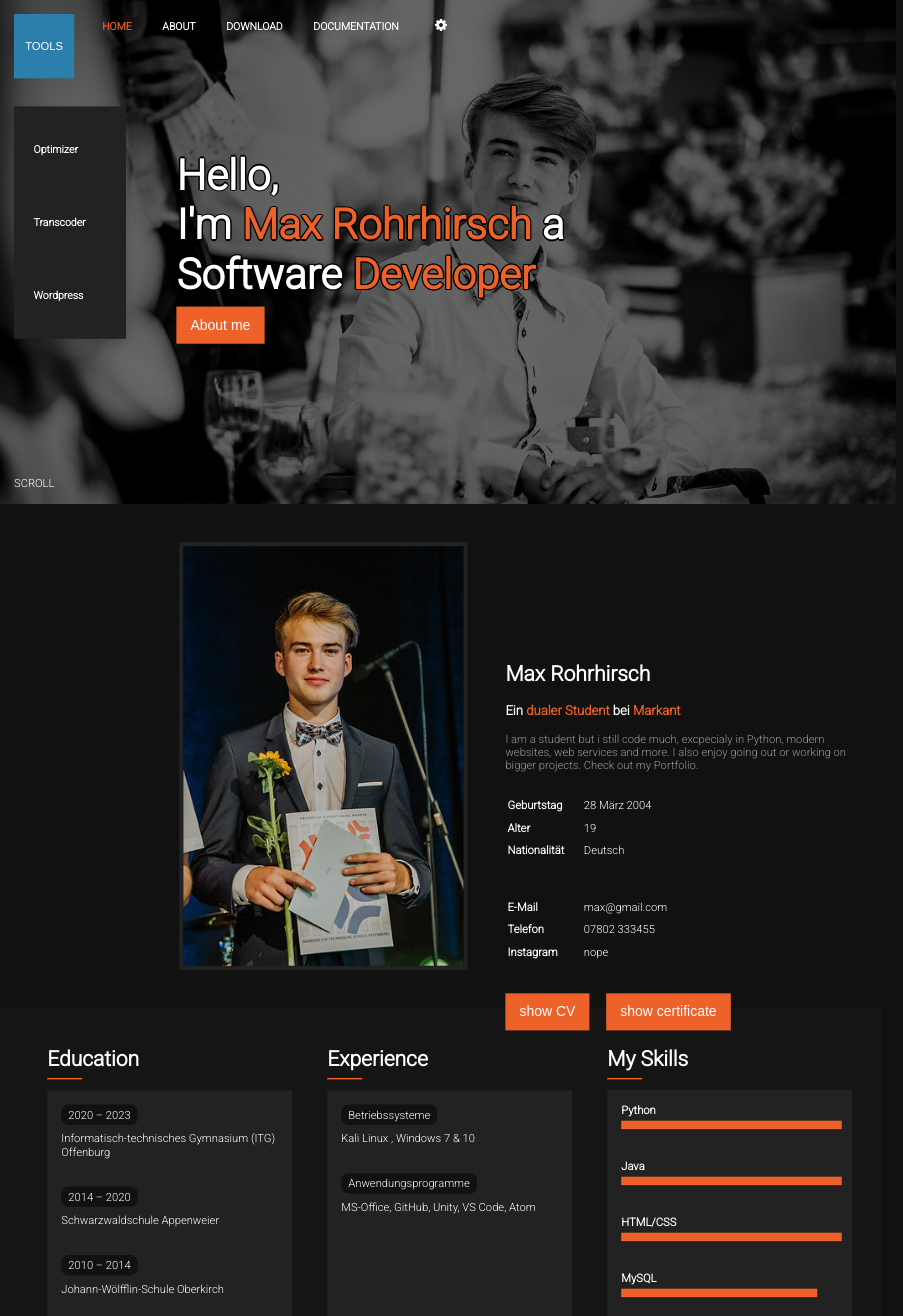
Repository: Max-Rohrhirsch/Max-Rohrhirsch.github.io
Page: index.html
An editor plug-in stored every save of this project. The page is shown before and after the next save, followed by the edit.
The browser window is 1280 px wide. The page is 1290 px wide, so the pictures cover 1290 px, including what lies to the right of the window. The pictures show the part of the page from y = 0 to 1880 px (the page is 2903 px tall), at 70% of full size.

Above is the page before, as saved 2023-10-15 15:47:19.

After the next save:
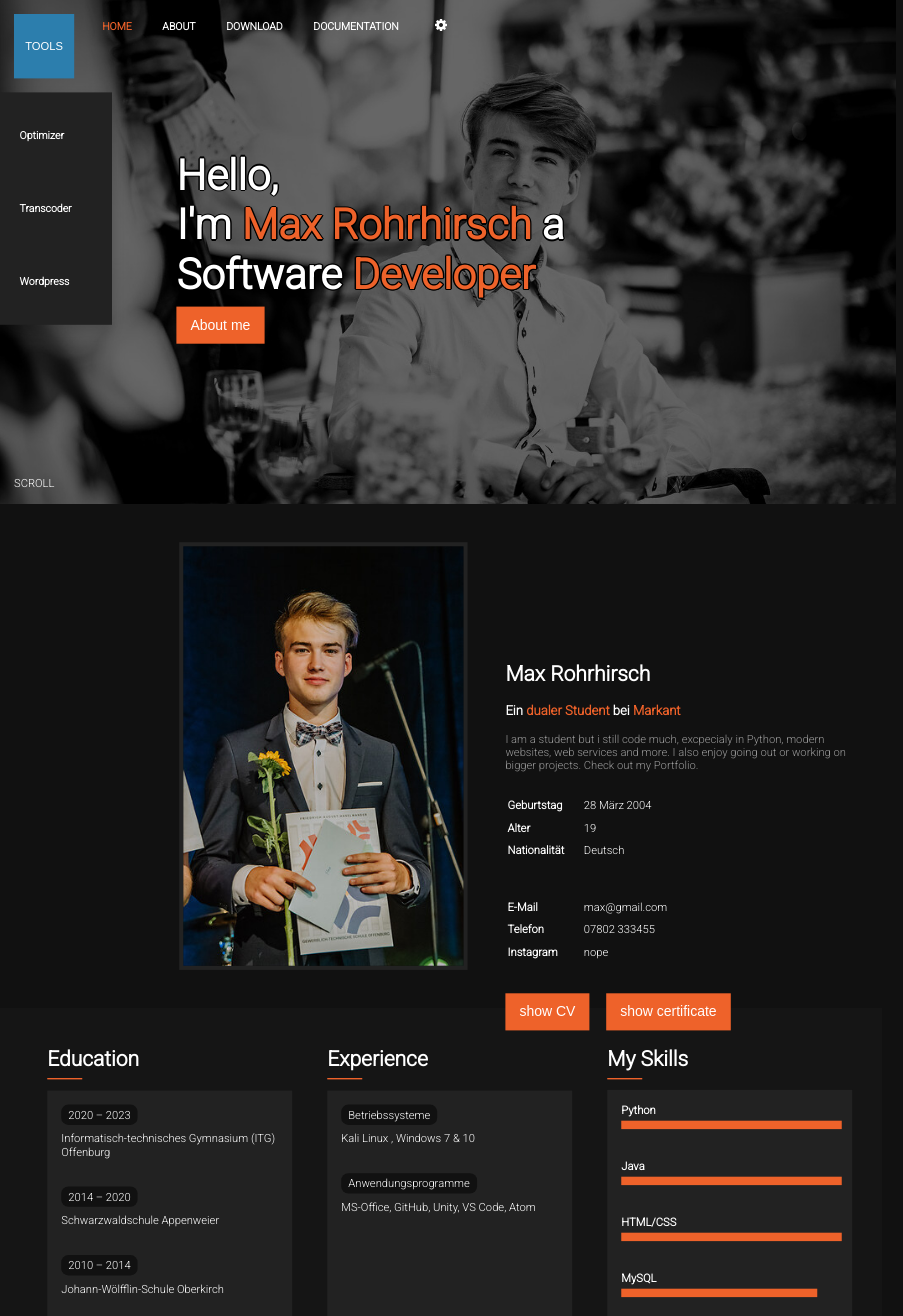
Saved 6 h 21 min later.
--- a/style.css
+++ b/style.css
@@ -38,7 +38,7 @@ body {
     width:100%
 }
 
-.header a, .dropdown-content, .dropbtn {
+.header a, .dropbtn {
     margin: 20px;
     line-height: 60px;
     color: white;
